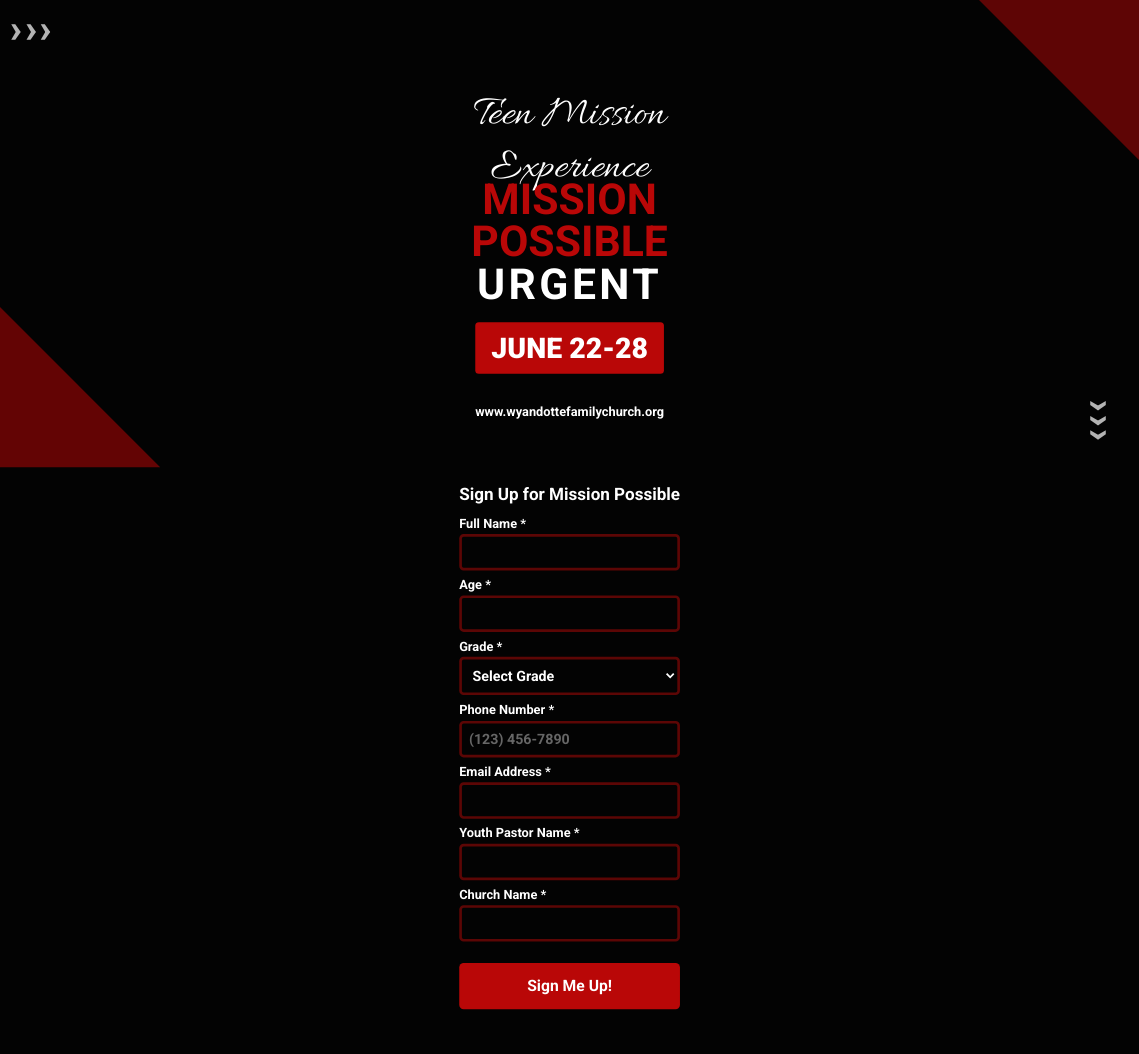
Repository: Aworminator/Wyandotte-Family-Love-Week
Page: index.html
These files come from the project's save history. The page is drawn as it stood at one moment and after the next save; the edit follows.
The browser window is 1280 px wide. The pictures show the whole page, at 89% of full size.

Above is the page before, as saved 2025-11-01 09:58:01.

After the next save:
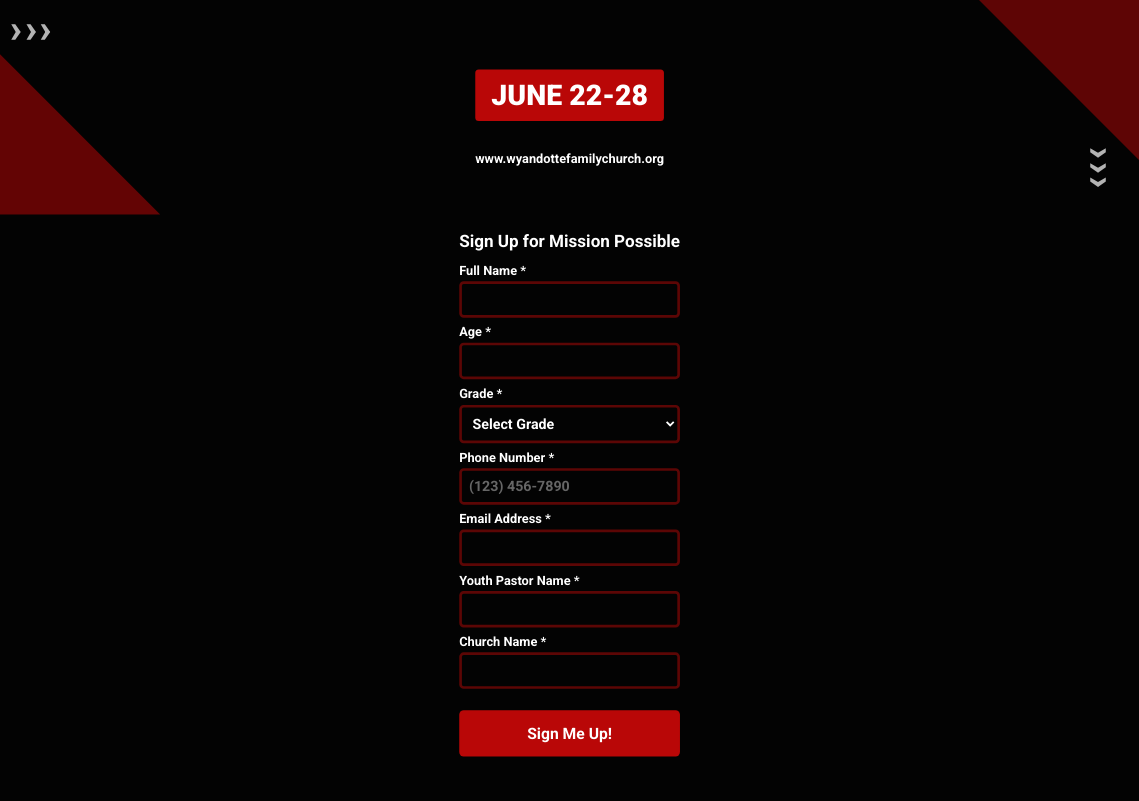
Saved 8 min 16 s later.
--- a/index.html
+++ b/index.html
@@ -26,12 +26,7 @@
         <span>&rsaquo;</span><span>&rsaquo;</span><span>&rsaquo;</span>
       </div>
       <div class="header">
-        <h2 class="white great-vibes">
-          Teen Mission<br />
-          Experience
-        </h2>
-        <h1 class="red">MISSION<br />POSSIBLE</h1>
-        <h1 class="white urgent">URGENT</h1>
+
 
         <div class="date-badge" role="note" aria-label="Event dates">
           JUNE 22-28
